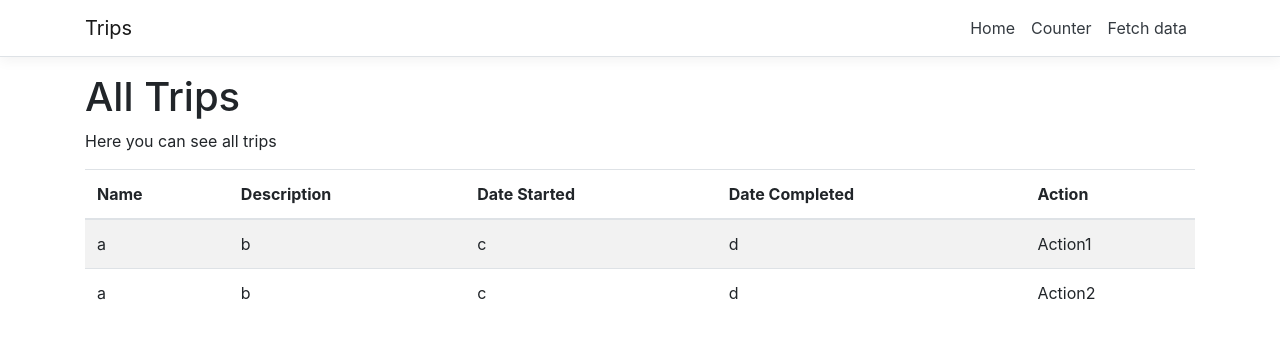
Repository: DevLuDaley/Trips
Page: /trips (app in ClientApp/)
An editor plug-in stored every save of this project. The page is shown before and after the next save, followed by the edit.
The browser window is 1280 px wide. The pictures show the whole page.
The page's requests for data from a server got no answer. The project was rebuilt for these pictures with package versions that can differ from the ones it lists, and the page was loaded fresh each time. No one was signed in, and anything a server would have sent is missing. Also part of the build but not shown: ClientApp/src/components/Home.js, ClientApp/src/components/FetchData.js, ClientApp/src/components/Counter.js.

Above is the page before, as saved 2020-11-06 10:33:54.

After the next save:
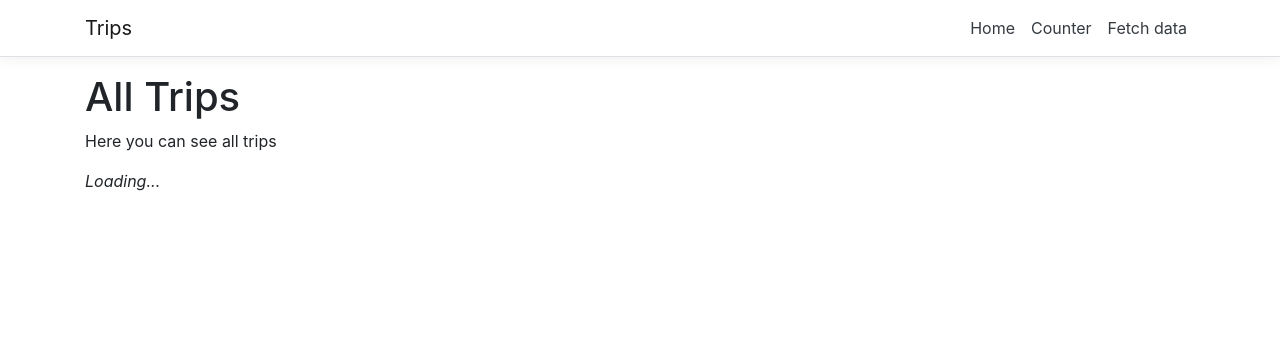
Saved 18 s later.
--- a/ClientApp/src/components/Trip/Trips.jsx
+++ b/ClientApp/src/components/Trip/Trips.jsx
@@ -6,7 +6,7 @@ import axios from 'axios'
         super(props)
         this.state = {
             trips:[],
-            loading: false
+            loading: true
           }
     }
 
